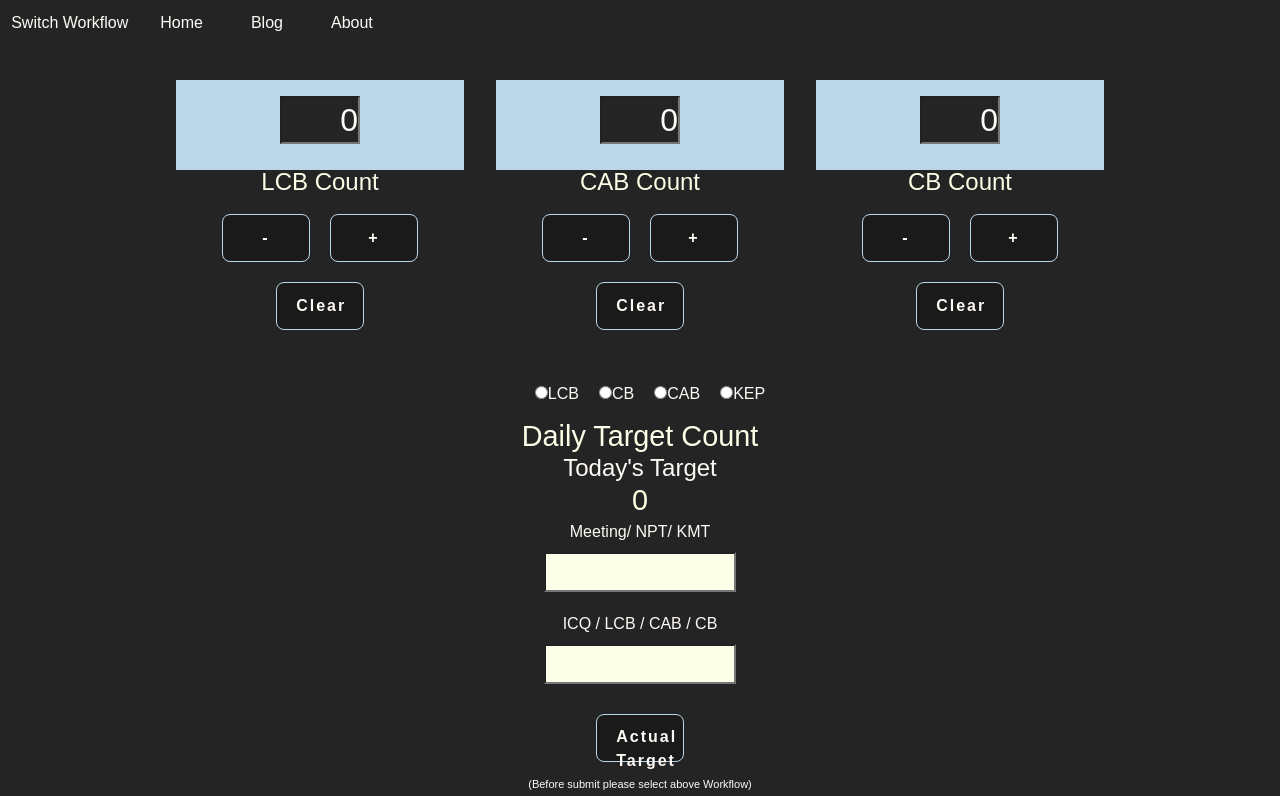
Repository: suraj-yadav7/SwitchWorkflow-Count-reactjs
Page: /
An editor plug-in stored every save of this project. The page is shown before and after the next save, followed by the edit.
The browser window is 1280 px wide. The pictures show the whole page.
Some web fonts or font styles are not loaded; a fallback is used. The project was rebuilt for these pictures with package versions that can differ from the ones it lists, and the page was loaded fresh each time.

Above is the page before, as saved 2023-04-20 11:26:44.

### src/App.js
import './App.css';
import DailyTarget from './Components/DailyTarget';
import TitleCount from './Components/TitleCount';

function App() {
  return (
    <>
    <TitleCount />
    <DailyTarget />
    </>
  );
}

export default App;

### src/App.css
@import url('https://fonts.googleapis.com/css2?family=Orbitron:wght@400;500&family=Roboto:wght@400;500&family=Stardos+Stencil&display=swap');

*{
  margin: 0;
  padding: 0;
  box-sizing: border-box;

  font-family: 'Stardos Stencil',sans-serif;
  font-size: 16px;
  line-height: 24px;
  font-weight: 400;

  /* color-scheme: light dark; */
  color: #FEFBF6;
  background-color: #242424;

  /* font-synthesis: none; */
  /* text-rendering: optimizeLegibility; */
  /* -webkit-font-smoothing: antialiased;
  -moz-osx-font-smoothing: grayscale; */

}
.cardText1{
  color: #FCFFE7;
  font-size: 1.5rem;
  margin: 10px;
  font-family: 'Stardos Stencil', cursive, sans-serif;

}
.cardText2{
  color: #FCFFE7;
  font-size: 1.8rem;
  margin: 8px;
  font-family: 'Stardos Stencil', cursive, sans-serif;

}
.inputArea{
  background-color: #FCFFE7;
  font-family: 'Stardos Stencil', cursive,;
  color: red;
  font-size: 1.4rem;
  height: 2.5rem;
  width: 60%;
}

button{
  width: 5.5rem;
  margin: 10px;
  height: 3rem;
  border-radius: 8px;
  border: 0.5px solid #BAD7E9;
  padding: 0.6em 1.2em;
  font-size: 1rem;
  letter-spacing: 2px;
  font-weight: 700;
  font-family: 'Stardos Stencil', cursive, sans-serif;
  background-color: #1a1a1a;
  cursor: pointer;
  transition: border-color 0.25s;
}
button:hover {
  border-color: #646cff;
}
button:focus,
button:focus-visible {
  outline: 4px auto -webkit-focus-ring-color;
}
a{
  font-weight: 500;
  color: #646cff;
  text-decoration: inherit;
}
a:hover {
  color: #535bf2;
}
li,a{
  list-style: none;
}
/* Nav bar */
nav{
  width: 100%;
  height: 3rem;
  display: flex;
  padding: 0.7rem;
  font: 400 1.2rem san-serif;
}
nav > ul{
  display: flex;
  gap: 3rem;
  margin-left: 2rem;
}

.container1{
  display:flex ;
  justify-content: center;
  align-items: center;
  gap: 2rem;
  padding: 2rem;
}

.card-body{
  text-align: center;
}
.card{
  background-color :#BAD7E9;
}

.card >input{
  width: 5rem;
  height: 3rem;
  font-size: 2rem;
  text-align: right;
  margin:1rem  6.5rem;
}

/* Daily Target style */
.dailyTarget{
  align-items: center;
  display: flex;
  justify-content: center;
}

.textType{
  display: flex;
  flex-direction: column;
  width: 20rem;
  align-items: center;
  justify-content: center;
}
.textType >input{
  margin: 8px 0px 20px 0px;
  text-align: center;
}

.radioBtn >input{
  margin-left: 20px;
}

/* gitcode */

### src/Components/DailyTarget.jsx
import React from 'react'
import {useState, useEffect} from "react"
const DailyTarget = () => {
        const [target, setTarget] = useState({
            targ:0,
            npt:0,
            icq:0
        })

        const [radioBtn, setradioBtnClick] = useState("")

        const inputVal1 = (e)=>{
            let val = parseInt(e.target.value)
            console.log(val)
            setTarget((prev)=> ({...prev, npt:val || 0}))
        }

        const inputVal2 = (e)=>{
            let val = parseInt(e.target.value)
            console.log(val)
            setTarget((prev)=> ({...prev, icq:val || 0}))

        }

        const targetHandle = (e) =>{
            if(radioBtn === "LCB"){
                let output = ((955-target.icq)-((parseInt((target.npt/0.502).toFixed())) - parseInt((target.icq/6).toFixed())))
                setTarget((prev)=>({...prev,targ:output}))
            }
            else if(radioBtn === "CB") {
                let output = ((310-target.icq)-((parseInt((target.npt/1.548).toFixed())) - parseInt((target.icq/6).toFixed())))
                // let output = parseInt(310-((parseInt((target.npt).toFixed())) + parseInt((target.icq/6).toFixed())))
                // console.log(310-((target.npt/1.548) + (target.icq/6)))
                setTarget((prev)=>({...prev,targ:output}))
                console.log("the final reulst",target.targ)
            }
            else if(radioBtn === "CAB") {
                let output = ((442-target.icq)-((parseInt((target.npt/1.085).toFixed())) + parseInt((target.icq/6).toFixed())))
                setTarget((prev)=>({...prev,targ:output}))
            }

        }
            useEffect(()=>{
                setTarget((prev)=>({...prev,targ:0}))
            },[radioBtn])

    return (
        <>
            <div className='dailyTarget'>
                <div class="card card2" >
                    <div class="card-body textType">
                    <div className="radioBtn" style={{margin: "10px"}}>
                        <input type='radio' onChange={e => setradioBtnClick(e.target.value)} name="workFlow" value="LCB"/>LCB
                        <input type='radio'onChange={e => setradioBtnClick(e.target.value)} name="workFlow" value="CB"/>CB
                        <input type='radio' onChange={e => setradioBtnClick(e.target.value)} name="workFlow" value="CAB"/>CAB
                        <input type='radio'onChange={e => setradioBtnClick(e.target.value)} name="workFlow" value="KEP"/>KEP
                    </div>
                        <h5 class="card-title cardText2">Daily Target Count</h5>
                        <span style={{fontSize: "1.5rem"}}>Today's Target</span><h3 className='cardText2'>{target.targ<=0?0:target.targ}</h3>
                        <span>Meeting/ NPT/ KMT</span><input type='text' name="npt"  className='inputArea' onChange={inputVal1} />
                        <span>ICQ / LCB / CAB / CB</span><input type='text' name="icq"  className='inputArea' onChange={inputVal2} />
                        <button  onClick={targetHandle}>Actual Target</button>
                        <p style={{fontSize: "11px"}}>(Before submit please select above Workflow)</p>
                    </div>
                </div>

            </div>
        </>
    )
}

export default DailyTarget

### src/Components/TitleCount.jsx
import React from 'react'
import { useState, useEffect } from 'react'
const TitleCount = () => {

    const [lcbCount, setLcbCount] = useState(parseInt(localStorage.getItem("lcbKey")) || 0)
    const [cbCount, setcbCount] = useState(parseInt(localStorage.getItem("cbKey")) || 0)
    const [cabCount, setCabCount] = useState(parseInt(localStorage.getItem("cabKey")) || 0)

    useEffect(()=>{
        localStorage.setItem("lcbKey", lcbCount)
        localStorage.setItem("cbKey", cbCount)
        localStorage.setItem("cabKey", cabCount)
    },[lcbCount,cbCount,cabCount])

    return (
        <>
        <nav>
            <span>Switch Workflow</span>
                <ul>
                    <li>Home</li>
                    <li>Blog</li>
                    <li>About</li>
                </ul>
        </nav>
            <div className="container1">
                <div class="card" style={{width: "18rem"}}>
                    <input type='text' name="lcbCount" value={lcbCount}/>
                    <div class="card-body">
                        <h5 class="card-title cardText1">LCB Count</h5>
                        <button onClick={()=>setLcbCount(val => (lcbCount>0 ? val-1: 0))}>-</button>
                        <button onClick={()=>setLcbCount(val => val+1)}>+</button>
                        <button onClick={()=>setLcbCount(0)}>Clear</button>
                    </div>
                </div>
                <div class="card" style={{width: "18rem"}}>
                    <input type='text' name="cabCount" value={cabCount}/>
                    <div class="card-body">
                        <h5 class="card-title cardText1">CAB Count</h5>
                        <button onClick={()=>setCabCount(val => (cabCount>0 ? val-1: 0))}>-</button>
                        <button onClick={()=>setCabCount(val => val+1)}>+</button>
                        <button onClick={()=>setCabCount(0)}>Clear</button>
                    </div>
                </div>
                <div class="card" style={{width: "18rem"}}>
                    <input type='text' name="cbCount" value={cbCount}/>
                    <div class="card-body">
                        <h5 class="card-title  cardText1 ">CB Count</h5>
                        <button onClick={()=>setcbCount(val => (cbCount>0 ? val-1: 0))}>-</button>
                        <button onClick={()=>setcbCount(val => val+1)}>+</button>
                        <button onClick={()=>setcbCount(0)}>Clear</button>
                    </div>
                </div>
            </div>

        </>
    )
}

export default TitleCount

Loaded but not shown: src/index.js (common file)

After the next save:
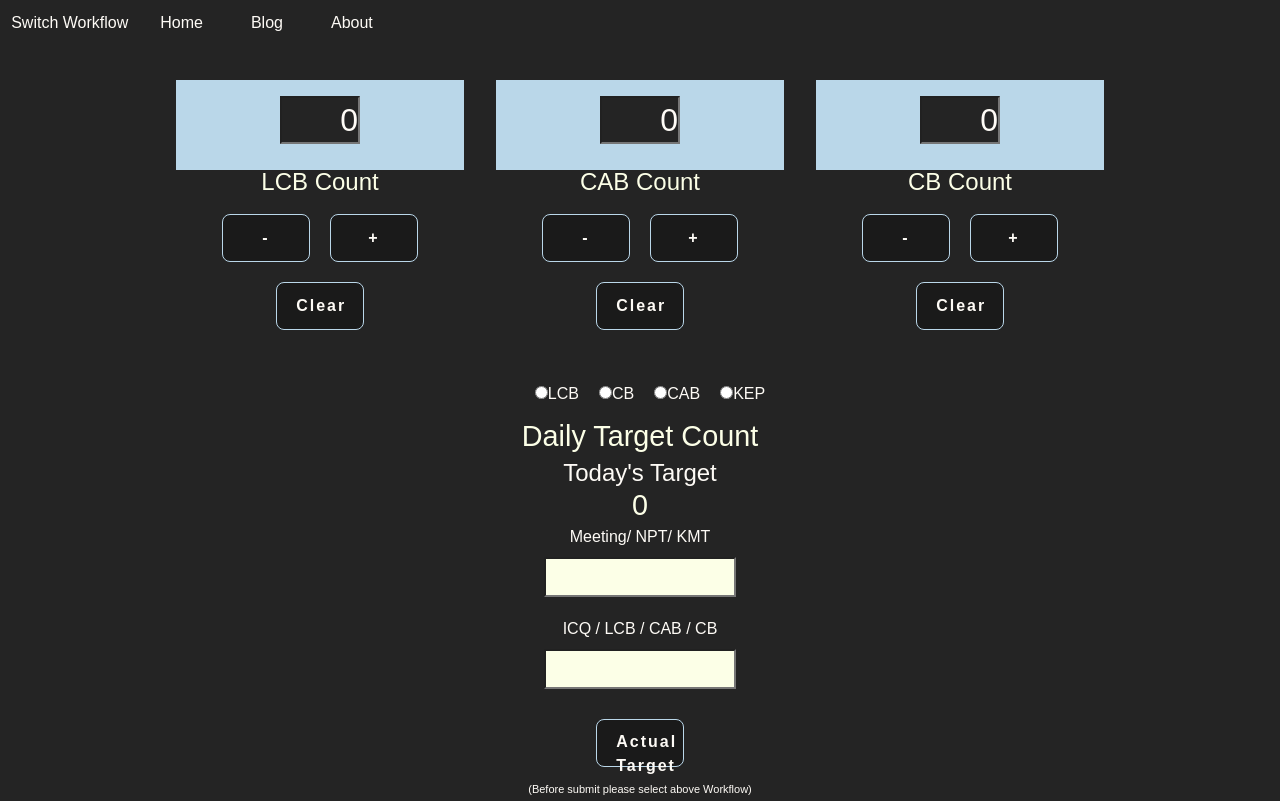
Saved 44 s later.
--- a/src/Components/DailyTarget.jsx
+++ b/src/Components/DailyTarget.jsx
@@ -56,7 +56,7 @@ const DailyTarget = () => {
                         <input type='radio'onChange={e => setradioBtnClick(e.target.value)} name="workFlow" value="KEP"/>KEP
                     </div>
                         <h5 class="card-title cardText2">Daily Target Count</h5>
-                        <span style={{fontSize: "1.5rem"}}>Today's Target</span><h3 className='cardText2'>{target.targ<=0?0:target.targ}</h3>
+                        <span style={{fontSize: "1.5rem", marginTop:"5px"}}>Today's Target</span><h3 className='cardText2'>{target.targ<=0?0:target.targ}</h3>
                         <span>Meeting/ NPT/ KMT</span><input type='text' name="npt"  className='inputArea' onChange={inputVal1} />
                         <span>ICQ / LCB / CAB / CB</span><input type='text' name="icq"  className='inputArea' onChange={inputVal2} />
                         <button  onClick={targetHandle}>Actual Target</button>
